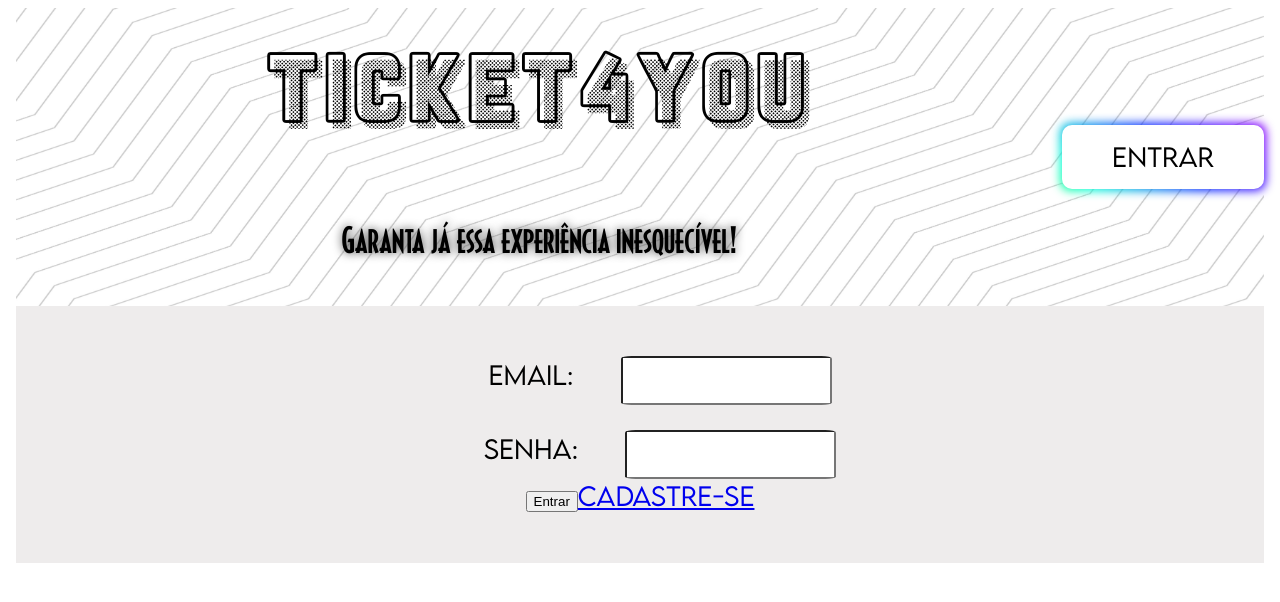
Repository: hellengurgaczz/projeto-DSA
Page: /login
These files come from the project's save history. The page is drawn as it stood at one moment and after the next save; the edit follows.
The browser window is 1280 px wide. The pictures show the whole page.
The project was rebuilt for these pictures with package versions that can differ from the ones it lists, and the page was loaded fresh each time. Also part of the build but not shown: angular.json, src/app/ingressos/templates/cadastrar/cadastrar.component.ts, src/app/models/ingresso.model.ts, src/app/services/ingresso.service.ts, src/app/compra/comprar-ingresso/comprar-ingresso.component.ts, src/app/models/compra.model.ts, src/app/services/compra.service.ts, src/app/ingressos/templates/deletar/deletar.component.ts and 3 more.

Above is the page before, as saved 2022-05-10 12:32:57.

After the next save:
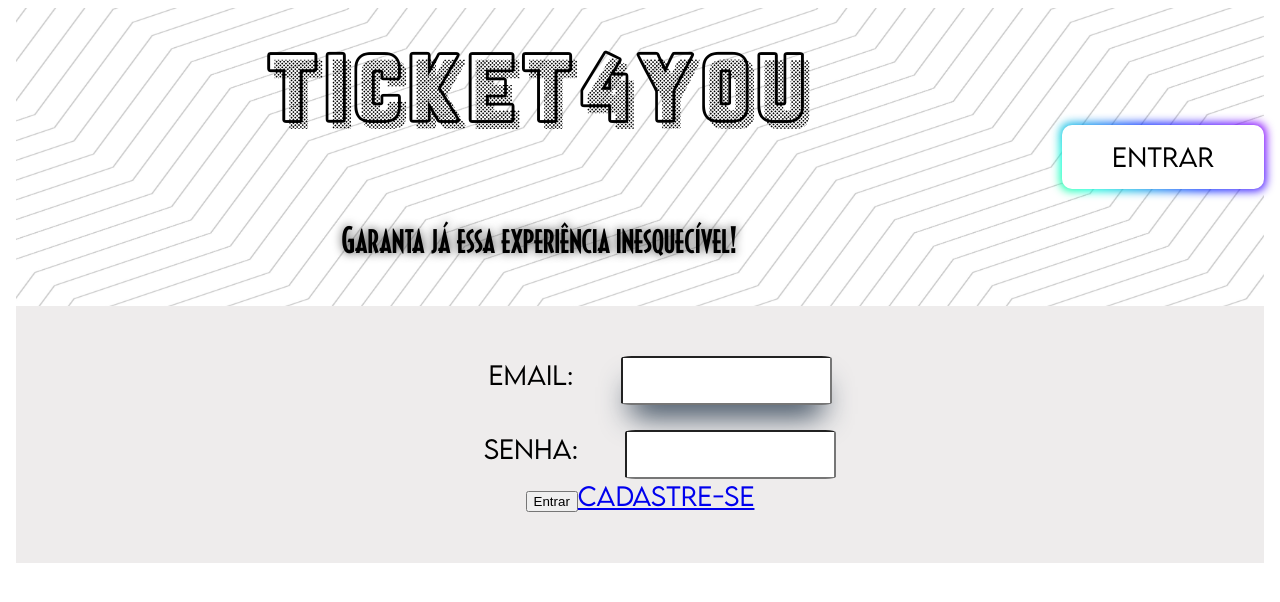
Saved 34 s later.
--- a/src/app/login/login.component.css
+++ b/src/app/login/login.component.css
@@ -16,7 +16,7 @@
 .emailinput{
   padding: 15px;
   border-radius: 5%;
-
+  box-shadow: rgb(38, 57, 77) 0px 20px 30px -10px;
 }
 
 .senhainput{
